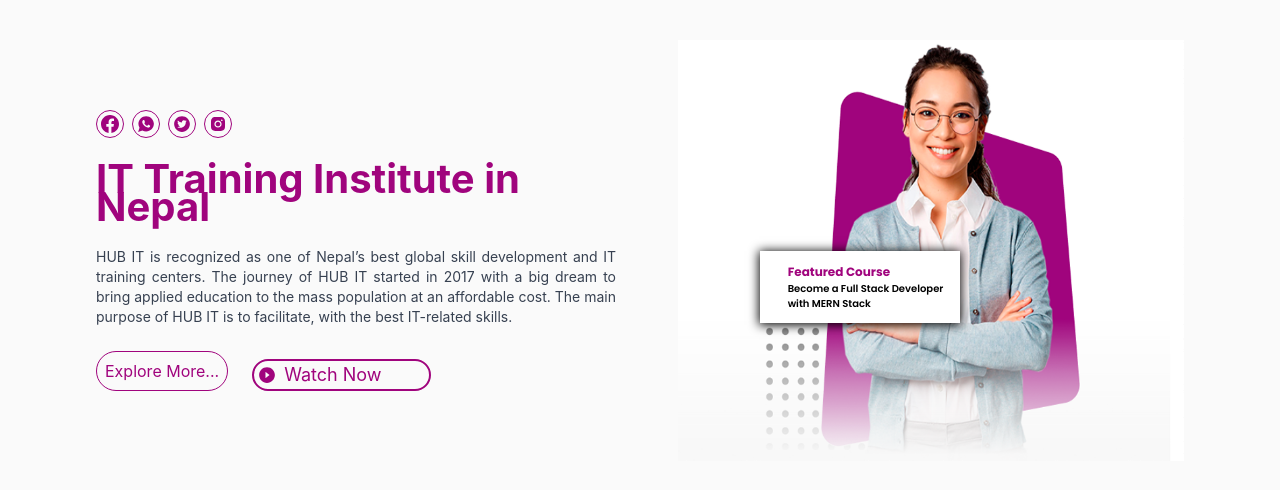
Repository: praveenmunagapati/hgllearnv2
Page: /HomePage/Home
These files come from the project's save history. The page is drawn as it stood at one moment and after the next save; the edit follows.
The browser window is 1280 px wide. The pictures show the whole page.
The project was rebuilt for these pictures with package versions that can differ from the ones it lists, and the page was loaded fresh each time. The framework's server and built-in components were replaced by stand-ins that run in the browser. Also part of the build but not shown: next.config.js.

Above is the page before, as saved 2023-01-03 13:54:29.

### pages/_app.js
import Analytics from "../components/SEO/Seo";
import "../styles/globals.css";
import "../styles/SCSS/master.scss";

function MyApp({ Component, pageProps }) {
  return <div>
    <Analytics />
    <Component {...pageProps} />
  </div>
}

export default MyApp;

### pages/HomePage/Home.jsx
import React from "react";
import { AiFillPlayCircle } from "react-icons/ai";
import Icons from "../../components/Navigation/Navitem/iconitem";
import teacher from "../../public/teacher.png";
import Image from "next/image";
import Link from "next/link";

function Home() {
  return (
    <>
      <div
        className="flex flex-col lg:flex-row xl:flex-row xxl:flex-row
          w-full justify-center items-center pb-20 pt-10
        md:px-8 lg:px-20 xl:px-24 xxl:px-32 px-4 bg-[#fafafa]"
      >
        <div className="h-max md:w-3/6 lg:w-3/6 xl:w-3/6 xxl:w-3/ 6 w-full ">
          <div className="flex mb-3">
            {Icons.map((icon, index) => {
              return (
                <div
                  key={index}
                  className="p-1 rounded-full bg-transparent flex justify-center items-center border border-[#A0047D] hover:border-none mr-2"
                >
                  <span className="text-[#A0047D] cursor-pointer hover:scale-90 duration-300 delay-200 transition-all text-base xl:text-lg xxl:text-xl">
                    <Link href={icon.path} passHref>
                      <a target={"_blank"}>{icon.icon}</a>
                    </Link>
                  </span>
                </div>
              );
            })}
          </div>
          <div className="font-bold xl:text-xl xxl:text-2xl text-[#A0047D] mb-1">
            <h1>IT Training Institute in Nepal</h1>
          </div>
          <div className="text-xs xl:text-sm xxl:text-base text-gray-700 pr-6 text-justify">
            <p>
              HUB IT is recognized as one of Nepal’s best global skill
              development and IT training centers. The journey of HUB IT started
              in 2017 with a big dream to bring applied education to the mass
              population at an affordable cost. The main purpose of HUB IT is to
              facilitate, with the best IT-related skills.
            </p>
          </div>
          <div className="flex mt-6">
            <button
              className={
                "border-[1.5px] border-[#A0047D] rounded-full mr-6 px-2 py-[5px] text-sm xl:text-base xxl:text-lg text-main hover:scale-105 transition-all ease-in-out duration-300 delay-100 hover:bg-main hover:text-white"
              }
            >
              Explore More...
            </button>
            <div className="text-4xl md:text-base xl:text-lg xxl:text-xl">
              <div className="flex mt-2 h-max items-center cursor-pointer rounded-full w-[14vw] px-1 text-[#a0047d] border-2 border-main">
                <AiFillPlayCircle className="text-[#a0047d]" />
                <p className="ml-2">Watch Now</p>
              </div>
            </div>
          </div>
        </div>
        <div className="h-full w-full mt-8  md:mt-4 lg:mt-0 xl:mt-0 mx-auto lg:w-3/6 xl:w-3/6 xxl:w-3/6">
          <div className="relative">
            <div className="ml-[3vw]">
              <Image
                src={teacher}
                alt={"Loading"}
                layout="responsive"
                width={120}
                height={100}
              />
            </div>
            <div className="bg-white shadow-[0px_1px_10px_1px_black] h-max py-3 absolute top-[50%] left-[22%]  w-[200px] ">
              <div className="h-full w-full  relative">
                <div className=" h-full w-full flex flex-col justify-center px-4 ml-3">
                  <div className="text-[12px] font-bold text-[#a0047d] Poppins">
                    Featured Course
                  </div>
                  <div className="text-[10px] font-semibold text-black Poppins">
                    Become a Full Stack Developer with MERN Stack
                  </div>
                </div>
              </div>
            </div>
          </div>
        </div>
      </div>
    </>
  );
}

export default Home;

### components/SEO/Seo.js
import Script from 'next/script'

function Analytics() {
  return (
    <div className="container">
      {/* <!-- Global site tag (gtag.js) - Google Analytics --> */}
      <Script
        src="https://www.googletagmanager.com/gtag/js?id=G-HL5GL0WCSP"
        strategy="afterInteractive"
      />
      <Script id="google-analytics" strategy="afterInteractive">
        {`
      window.dataLayer = window.dataLayer || [];
      function gtag(){dataLayer.push(arguments);}
      gtag('js', new Date());

      gtag('config', 'G-HL5GL0WCSP');
        `}
      </Script>

    </div>
  )
}

export default Analytics

### styles/globals.css
html,
body {
  padding: 0;
  margin: 0;
  font-family: -apple-system, BlinkMacSystemFont, Segoe UI, Roboto, Oxygen,
    Ubuntu, Cantarell, Fira Sans, Droid Sans, Helvetica Neue, sans-serif;
    scroll-behavior: smooth;
    box-sizing: border-box;
}

a {
  color: inherit;
  text-decoration: none;
}

* {
  box-sizing: border-box;
}

.info::-webkit-scrollbar{
  display: none;

}
.info{
  width: 20vw;

}
@tailwind base;
@tailwind components;
@tailwind utilities;

### styles/SCSS/master.scss
@import "./utils.scss";

### components/Navigation/Navitem/iconitem.js
import { BsFacebook } from 'react-icons/bs';
import { IoLogoWhatsapp } from 'react-icons/io';
import { AiFillTwitterCircle } from 'react-icons/ai';
import { AiFillInstagram } from 'react-icons/ai';

const Icons = [
    { icon: <BsFacebook />, path:"https://www.facebook.com/hubitts" },
    { icon: < IoLogoWhatsapp />, path:"https://wa.me/message/R23HVVD5DWPVI1" },
    { icon: <AiFillTwitterCircle />, path:"https://twitter.com/hubittraining" },
    { icon: <AiFillInstagram />,path:"https://www.instagram.com/hubittraining" }
];

export default Icons;

### styles/SCSS/utils.scss
$primaryColor: #09313e;

$primaryLight: rgba(2, 167, 217, 0.1);
$Gray: #686868;
$GrayD: #6a6363;
$SecondaryColor: #ef3c23;
$Dark: #0d0106;

$GrayOne: #f9f9f9;
$GrayTwo: #f2f2f2;
$grayFour: #e3e3e3;
$buttonone: #159996;
$TabGray: #e5e7eb;

$GrayOne: #f9f9f9;
$GrayTwo: #f2f2f2;
$grayFour: #e3e3e3;
$buttonone: #159996;

//  font family
@import url("https://fonts.googleapis.com/css2?family=Poppins:ital,wght@0,100;0,200;0,300;0,500;0,600;0,700;0,800;0,900;1,100;1,200;1,300;1,400;1,500;1,600;1,700;1,800;1,900&display=swap");
.Poppins {
  font-family: "Poppins", sans-serif;
}
// fonts closed

.bg-primary {
  background-color: $primaryColor;
}
.bg-primary-light {
  background-color: $primaryLight;
}

.bg-gray {
  background-color: $Gray;
}
.bg-grayOne {
  background-color: $GrayOne;
}
.bg-grayTwo {
  background-color: $GrayTwo;
}
.bg-grayFour {
  background-color: $grayFour;
}
.bg-grayD {
  background-color: $GrayD;
}
.border-primary {
  border-color: $primaryColor;
}
.text-primary {
  color: $primaryColor;
}
.bg-secondary {
  background-color: $SecondaryColor;
}
.text-secondary {
  color: $SecondaryColor;
}
.text-gray {
  color: $Gray;
}
.text-grayD {
  color: #686868;
}
.text-gray-dark {
  color: $GrayD;
}

@mixin btn($bg, $color) {
  background-color: $bg;
  color: $color;
  display: flex;
  justify-content: center;
  cursor: pointer;
  align-items: center;
  padding: 8px 16px;
  transition: all 0.2s;
}
.btn-primary {
  @include btn($primaryColor, white);
}
.btn-Add {
  @include btn($buttonone, white);
}
.btn-secondary {
  @include btn($GrayD, black);
}
@mixin btn-outline($color, $border) {
  border: 1px solid $border;
  color: $color;
  display: flex;
  justify-content: center;
  align-items: center;
  padding: 8px 16px;
  cursor: pointer;
  transition: all 0.2s;
}
.btn-outline-primary {
  @include btn-outline($primaryColor, $primaryColor);
  cursor: pointer;
}

.btn-outline-secondary {
  @include btn-outline($SecondaryColor, $SecondaryColor);
  cursor: pointer;
}
.btn-outline-Gray {
  @include btn-outline($Gray, $Gray);
  cursor: pointer;
}
.card {
  background-color: white;
  box-shadow: 1px 1px 4px 2px rgba(0, 0, 0, 0.06);
  padding: 1rem;
}

.card-one {
  background-color: white;
  // border-radius: 10px;
  box-shadow: 1px 1px 1px 1px rgba(0, 0, 0, 0.02);
  padding: 1.5rem 2.5rem;
}
.container {
  width: 100%;
  margin-left: auto;
  margin-right: auto;
}
.OverViewButton {
  font-family: "Open Sans", sans-serif;
  font-weight: 400;
  cursor: pointer;
  height: fit-content;
}

body::-webkit-scrollbar {
  display: none;
  width: 0.8rem;
}

body::-webkit-scrollbar-track {
  display: none;
  box-shadow: inset 0 0 6px rgba(0, 0, 0, 0.3);
}

body::-webkit-scrollbar-thumb {
  display: none;
  background-color: rgb(117, 136, 144);
  outline: 1px solid slategrey;
}
.scroll {
  overflow: scroll;
}
.scroll::-webkit-scrollbar {
  display: none;
  width: 0.08rem;
}
.scroll::-webkit-scrollbar-thumb {
  display: none;
  background-color: $GrayD;
  outline: 1px solid $GrayD;
}
#UserProfile::after {
  content: " ";
  height: 0;
  position: absolute;
  width: 0;
  top: -19px;
  right: 14px;
  border: 10px solid transparent;
  border-bottom-color: $GrayTwo;
}
input {
  outline: none;
}
// default css for html elemets
h1 {
  display: block;
  font-size: 2em;
  margin-top: 0.67em;
  margin-bottom: 0.67em;
  margin-left: 0;
  margin-right: 0;
  font-weight: bold;
}
h2 {
  display: block;
  font-size: 1.5em;
  margin-top: 0.83em;
  margin-bottom: 0.83em;
  margin-left: 0;
  margin-right: 0;
  font-weight: bold;
}
h3 {
  display: block;
  font-size: 1.17em;
  margin-top: 1em;
  margin-bottom: 1em;
  margin-left: 0;
  margin-right: 0;
  font-weight: bold;
}
h4 {
  display: block;
  margin-top: 1.33em;
  margin-bottom: 1.33em;
  margin-left: 0;
  margin-right: 0;
  font-weight: bold;
}
h5 {
  display: block;
  font-size: 0.83em;
  margin-top: 1.67em;
  margin-bottom: 1.67em;
  margin-left: 0;
  margin-right: 0;
  font-weight: bold;
}
h6 {
  display: block;
  font-size: 0.67em;
  margin-top: 2.33em;
  margin-bottom: 2.33em;
  margin-left: 0;
  margin-right: 0;
  font-weight: bold;
}

.collapsible .content {
  padding: 0.5rem;
}
.collapsible .content-parent {
  height: 0px;
  overflow: hidden;
  transition: height ease-in-out 0.4s;
}
.roundeds {
  display: none;
  color: transparent;
  padding: 0px 0px 0px 5px;
  transition: ease-in-out 0.8s;

  background: #03c9a9;
  position: relative;
  display: block;
  float: left;
}
.roundeds::before {
  content: " ";
  display: block;
  width: 0;
  height: 0;
  border-top: 50px solid transparent;
  border-bottom: 50px solid transparent;
  border-left: 30px solid #03c9a9;
  position: absolute;
  top: 50%;
  margin-top: -50px;
  margin-left: 1px;
  left: 100%;
  z-index: 1;
}
.roundeds::after {
  content: " ";
  display: block;
  width: 0;
  height: 0;
  border-top: 50px solid transparent;
  border-bottom: 50px solid transparent;
  border-left: 30px solid #03c9a9;
  position: absolute;
  top: 50%;
  margin-top: -50px;
  left: 100%;
  z-index: 2;
}
.text {
  color: #03c9a9;
}
.bg-color {
  background-color: rgb(251, 252, 252);
}

.categoryFilter {
  color: rgb(239, 239, 239);
  text-shadow: 1px 1px 5px rgb(25, 24, 24);
}
.hoverme:hover {
  background-color: #02a8da;
}
.textPrimary:hover {
  color: rgba(160, 4, 125, 1);
}

// .featureData{
//   background-image: url('../../public/Teamwork.jpeg');
//   // background-image:linear-gradient(0deg, rgba(2,10,20,0.8995973389355743) 20%, rgba(0,2,20,0.6979166666666667) 55%, rgba(1,2,1,0.3029586834733894) 80%, rgba(1,2,3,0.8995973389355743) 100%), url(../../public/Teamwork.jpeg);
//   background-repeat: no-repeat;

// }
// .featureData::before{
//   ba
// }

.hovertext:hover {
  color: #02a8da;
}

.smalltext {
  font-size: 1px;
  color: red;
}
.borderRadiusHome {
  width: 0;
  height: 345px;
  // border: 130px solid green;
  // border-left: 25px solid red;
  // border-width: 0 25px 25px 0px;
  // border-right: 200px solid red;

  border-bottom-left-radius: 0px;
  border-top-left-radius: 80px;
  border-top-right-radius: 800px;
  border-bottom-right-radius: 505px;
  border: 100px solid rgba(160, 4, 125, 1);
  transform: rotatex(180deg);
  // position: relative;
}
.borderRadiusHome::before {
  content: "";
  top: -83px;
  left: -104px;
  position: absolute;
  // border-radius: 10px;
  background-color: rgba(160, 4, 125, 1);
  // background-color: red;
  width: 300px;
  height: 250px;
  border-bottom-left-radius: 170px;
  border-top-left-radius: 50px;
  border-bottom-right-radius: 30px;

  border-top-right-radius: 50px;
  transform: rotate(8deg);
}
.borderRadiusHome::after {
  content: "";
  top: 173px;
  left: -110px;
  position: absolute;
  width: 282px;
  height: 60px;
  border-bottom-left-radius: 20px;
  border-bottom-right-radius: 15px;
  border-top-left-radius: 35px;
  border-top-right-radius: 30px;
  transform: rotate(-22deg);
  // background-color: red;

  background-color: rgba(160, 4, 125, 1);
}
.buttonWidth {
  width: 570px;
}

// fonts closed
// css for slider
.width {
  min-width: 100%;
}
// scroll to top ko button ko css included gareko
.back-to-top {
  position: fixed;
  bottom: 90px;
  right: 20px;
  font-size: 50px;
  background: rgba(160, 4, 125, 1);
  color: white;
  cursor: pointer;
  border-radius: 100px;
  border: none;
  box-shadow: 0 5px 10px rgb(156, 62, 136);
  z-index: 10;
}

.borderRight {
  background-color: gray;
  width: 1px;
  height: 15px;
}
.borderRadiusTop {
  border-top-left-radius: 5px;
  border-top-right-radius: 5px;
}
.borderRadiusTopHover:hover {
  border-top-left-radius: 5px;
  border-top-right-radius: 5px;
}

@keyframes nextPage {
  0% {
    opacity: 0.8;
    transform: translate(60px, 0);
  }

  100% {
    opacity: 1;
    transform: translate(0, 0);
  }
}

@keyframes prevPage {
  0% {
    opacity: 0.8;
    transform: translate(-60px, 0);
  }

  100% {
    opacity: 1;
    transform: translate(0, 0);
  }
}

.tipDown {
  background-color: rgba(160, 4, 125, 1);
  position: relative;
  z-index: 900;
}
.tipDown::after {
  content: "";
  position: absolute;
  width: 30px;
  background-color: rgba(160, 4, 125, 1);
  z-index: -10;
  height: 30px;
  top: 20px;
  left: 18px;
  rotate: 50deg;
  // border-bottom-left-radius: 20px;
  // border-bottom-right-radius: 20px;
}
.animatePulse {
  animation: pulse 2s cubic-bezier(0.4, 0, 0.6, 1) infinite;

  @keyframes pulse {
    0%,
    100% {
      opacity: 1;
    }
    50% {
      opacity: 0.75;
      background-color: rgb(33, 28, 28);
      // color: rgba(160, 4, 125, 1);
    }
  }
}

### tailwind.config.js
module.exports = {
  content: [
    "./pages/**/*.{js,ts,jsx,tsx}",
    "./components/**/*.{js,ts,jsx,tsx}",
    "./HOC/**/*.{js,ts,jsx,tsx}",
  ],
  theme: {
    screens: {
      xs: { max: "575.98px" },
      sm: { min: "576px", max: "767.98px" },
      md: { min: "768px", max: "991.98px" },
      lg: { min: "992px", max: "1199.98px" },
      xl: { min: "1200px", max: "1399.98px" },
      xxl: { min: "1400px" },
    },
    extend: {
      colors: {
        main: "rgba(160, 4, 125, 1)",
        hoverMain: "#c2259f",
      },
      height: {
        84: "21rem",
        94: "22rem",
        98: "27rem",
        100: "28rem",
        103: "32rem",
        104: "32.5rem",
        108: "34rem",
      },
      width: {
        84: "21rem",
        94: "22rem",
        98: "27rem",
        100: "28rem",
        104: "31rem",
        108: "36rem",
        110: "38rem",
      },
      top: {
        104: "28rem",
      },
    },
  },
  plugins: [require("@tailwindcss/line-clamp")],
};

After the next save:
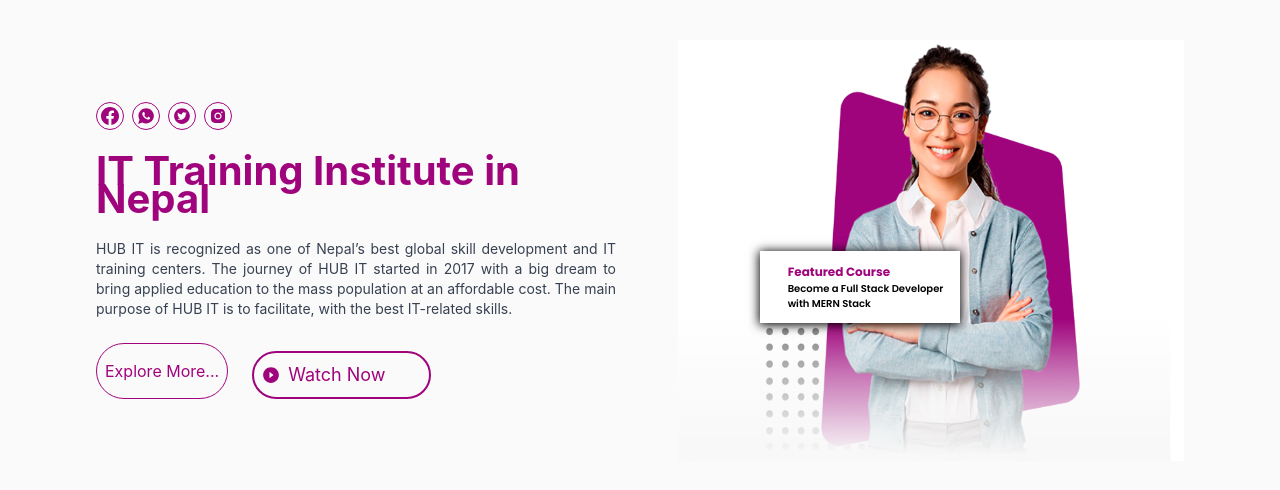
Saved 20 s later.
--- a/pages/HomePage/Home.jsx
+++ b/pages/HomePage/Home.jsx
@@ -51,7 +51,7 @@
               Explore More...
             </button>
             <div className="text-4xl md:text-base xl:text-lg xxl:text-xl">
-              <div className="flex mt-2 h-max items-center cursor-pointer rounded-full w-[14vw] px-1 text-[#a0047d] border-2 border-main">
+              <div className="flex mt-2 h-max items-center cursor-pointer rounded-full w-[14vw] p-2 text-[#a0047d] border-2 border-main">
                 <AiFillPlayCircle className="text-[#a0047d]" />
                 <p className="ml-2">Watch Now</p>
               </div>
